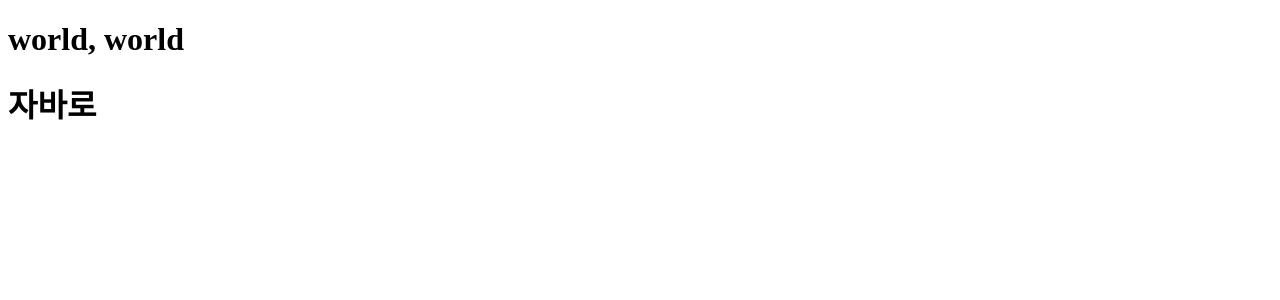
Repository: bbiot317/JSP
Page: http://localhost/Study01/
The author's editor kept a copy of each file at every save. The page is drawn from the files as they stood at one save, then again after the next save.
The browser window is 1280 px wide. The pictures show the whole page.
The page is served by Tomcat 9.

Above is the page before, as saved 2022-05-30 01:46:20.

### Study01/src/main/webapp/index.jsp
<%@ page language="java" contentType="text/html; charset=utf-8"
    pageEncoding="utf-8"%>
<!DOCTYPE html>
<html>
	<head>
		<meta charset="utf-8">
		<title>ㅔㅈ목 여기</title>
	</head>
	<body>
		<h1>world, world</h1>
		<% out.println("<h1>자바로</h1>");%>
	</body>
</html>

After the next save:
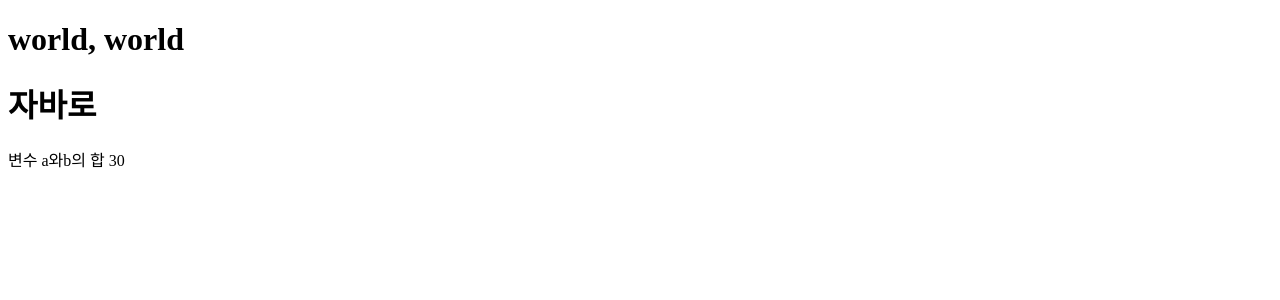
Saved 5 min 35 s later.
--- a/Study01/src/main/webapp/index.jsp
+++ b/Study01/src/main/webapp/index.jsp
@@ -9,5 +9,11 @@
 	<body>
 		<h1>world, world</h1>
 		<% out.println("<h1>자바로</h1>");%>
+		<%
+			int a=10;
+			int b=20;
+			int s=a+b;
+			out.println("변수 a와b의 합 "+s+"  ")	;
+		%>
 	</body>
 </html>
